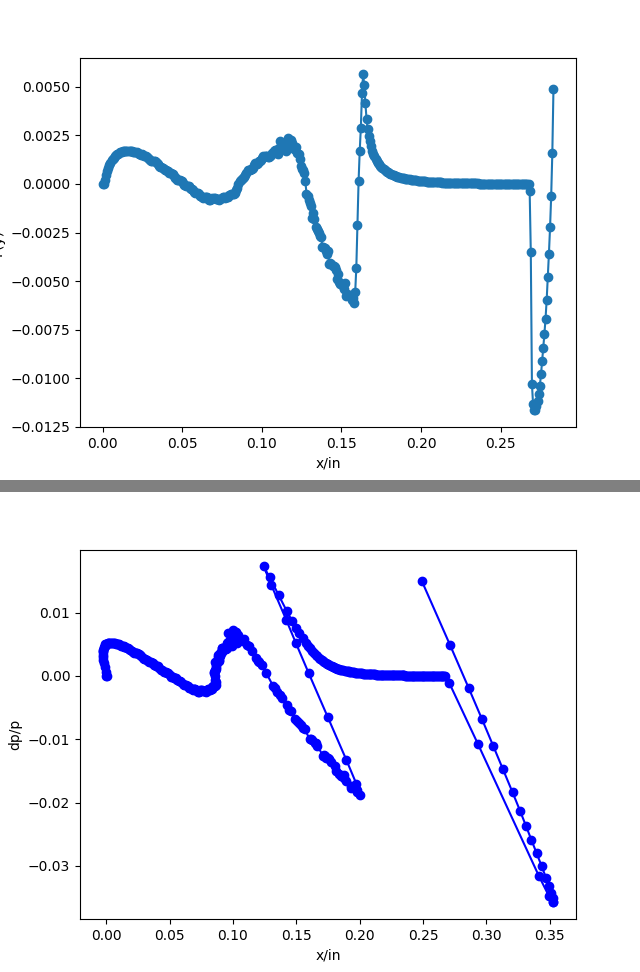
Repository: leiradom/Modified-linear-theory
Script's output: python 2_F_function.py
An editor plug-in stored every save of this project. The script's output is shown before and after the next save, followed by the edit.
Each picture stacks the figures in order, with grey between them; figures that are only written to a file come last. Random numbers start from a fixed seed.

Above is the script's output before, as saved 2021-04-09 12:21:36.

### 2_F_function.py
#本程序实现求解无升力构型的F函数
#同时求解出未经修正的压力信号
#F函数是无量纲的

import math
import numpy as np
import matplotlib.pyplot as plt


M = 1.7                    #输入马赫数
P0 = 101325                 #输入大气静压
gama = 1.4                  #比热比
B = math.sqrt(M * M - 1)    #修正因子
k = (1 / math.sqrt(2)) * (gama + 1) * M**4 * B**(-1.5)   #特征性系数k
r0 = 0.63072                      #r0为计算的位置  DWB为63.072  model1为20 2、3为10
con = (gama * M**2)/(math.sqrt(2 * B * r0))

volume = np.loadtxt("se.txt",dtype=np.float64)   #存放体积分布的数据文件
#Lift = np.loadtxt("volume.txt",dtype=np.float64)    #存放升力分布的数据文件
#cau = np.loadtxt("cauchy.txt",dtype=np.float64)      #积分含有哑元的存放

a = len(volume)        #a为b的长度
#print(a)              #检查文件长度

X = np.ones(a)     #存放x的数组
Y = np.ones(a)     #存放y的数组
Y0 = np.ones(a)    #存放含哑元的表达式的值


#提取体积分布数据中的两列数据
for i in range(0,a):
    c = volume[i][0]
    d = volume[i][1]
    #ca = cau[i][1]
    X[i] = c
    Y[i] = d
    #Y0[i] = ca

#print(X)
#print(Y)

#通过变上限积分求解F函数，积分使用梯形公式
F = np.ones(a, dtype=np.float64)   #产生一个长度为a的初始化数组
X1 = np.ones(a, dtype=np.float64)
delta_P = np.ones(a, dtype=np.float64)
X1[0] = 0.0        #强制F的第一个值为0
delta_P[0] = 0.0   #强制F的第一个值为0
F[0] = 0.0         #强制F的第一个值为0


for i in range(1,a):
    #内层积分，积到x
    s = 0
    for j in range(0,i-1):
        s0 =(Y[j+1] * ((1 / math.sqrt(X[i]-X[j+1])) + Y[j] * (1 / math.sqrt(X[i]-X[j])) * (X[j + 1] - X[j])) / (2))
        #s0 = (((Y0[j+1] + Y0[j]) * (X[j + 1] - X[j])) / (2))    #第(j+1)个梯形的面积
        s = s0 + s    #S为最后的积分
    #内层积分，积到x
    F[i] = (1/(2 * math.pi)) * s / 1200   #乘以外面的一个
    #print(X[i],F[i])
    delta_P[i] = con * F[i]
    #print(delta_P[i])
    X1[i] = (B * r0 - k * F[i] * math.sqrt(r0) + X[i])
    #print(X1[i]-B * r0,delta_P[i])


#将计算结果输出


#绘制F函数的图像
plt.plot(X, F,'-o')
plt.xlabel("x/in")
plt.ylabel('F(y)')
plt.show()




X0 = np.zeros(a)
for i in range(1,a):
    X0[i] = X1[i] - B * r0

#绘制未修正的过压的图像
plt.plot(X0, delta_P,'-o',c='b')
plt.xlabel("x/in")
plt.ylabel('dp/p')
plt.show()

for i in range(1,a):
    print(X0[i],delta_P[i])

#delta_P = np.ones[a]    #储存过压的数组
#delta_P[i] = P0 * ((gama * M * M)/(math.sqrt(2 * B * r0))) * F[i]

### se.txt
0.0 0.0
0.00071150326 0.08476272949874927
0.0014230065 0.12621862033543882
0.0021345099 0.13317135113415343
0.0028460131 0.12929745575862278
0.0035575163 0.12546016913768077
0.0042690197 0.12098825114300815
0.0049805227 0.1292007264129916
0.0056920261 0.11165751586830149
0.0064035296 0.10032995753137214
0.0071150325 0.09804301882091118
0.007826536 0.09620108939184939
0.0085380394 0.0934503203486448
0.0092495428 0.09123649418380514
0.0099610453 0.10617769437960242
0.010672549 0.07961612372109338
0.011384052 0.07391044961621004
0.012095556 0.0710299239016933
0.012807059 0.0704651113895951
0.013518562 0.06812116661015297
0.014230065 0.058263821938152716
0.014941568 0.052007632081339655
0.015653072 0.06166608891264542
0.016364574 0.051455668556217915
0.017076079 0.04805883073116462
0.017787581 0.04590164869200585
0.018499086 0.045148806638085855
0.019210588 0.04429462046150946
0.019922091 0.04440320345005237
0.020633595 0.035998880136475474
0.021345098 0.024597666338979356
0.022056602 0.014968164971280949
0.022768104 0.016236776220819624
0.023479607 0.02464109953439039
0.024191111 0.03108549990469724
0.024902614 0.02040274354808968
0.025614118 0.01009640821846358
0.026325621 0.019092508819602404
0.027037123 0.007347448891730621
0.027748628 0.0017518055485576914
0.02846013 -0.004147870162510861
0.029171634 -0.012885181307652052
0.029883137 -0.006840728278485408
0.030594639 -0.011822877736363303
0.031306144 0.009124590470946282
0.032017648 0.006893210056294433
0.032729149 -0.0025354127825842603
0.033440653 -0.012251780541116995
0.034152158 -0.02021272331813039
0.034863658 -0.03333316776762746
0.035575163 -0.02465557726620633
0.036286667 -0.01569567099456137
0.036998171 -0.020006415639880464
0.037709672 -0.03101854039509067
0.038421176 -0.03335850379829769
0.039132681 -0.024458318170336002
0.039844181 -0.01811707163917251
0.040555686 -0.02572511970339385
0.04126719 -0.04254281491293951
0.041978691 -0.023937119825293243
0.042690195 -0.025980289726515678
0.0434017 -0.03526232553080319
0.044113204 -0.045651907818363285
0.044824705 -0.05833078144775315
0.045536209 -0.0347375077528601
0.046247713 -0.06184525084372896
0.046959214 -0.04465294432374398
0.047670718 -0.03419278309361567
0.048382223 -0.03310514349166895
0.049093727 -0.04177911456016522
0.049805228 -0.05654278156967707
0.050516732 -0.06890314509934924
0.051228236 -0.05597453059626776
0.051939737 -0.042651397901470156
0.052651241 -0.039223794896353206
0.053362746 -0.04509813457677605
0.054074246 -0.05800503248208763
0.054785751 -0.06979714503839954
0.055497255 -0.04528453537377369
0.05620876 -0.0616896152268195
0.05692026 -0.06841814108383713
0.057631765 -0.06706085372697104
0.058343269 -0.0550262391629644
0.05905477 -0.049577182854345855
0.059766274 -0.06366220618544918
0.060477778 -0.06869683742109932
0.061189279 -0.0570386438840496
0.061900783 -0.07591217701009761
0.062612288 -0.05754174506429637
0.063323788 -0.04341147882130732
0.064035296 -0.03629024448909116
0.064746797 -0.03557721619760829
0.065458298 -0.06885428275450187
0.066169806 -0.0758307397686935
0.066881306 -0.05852804054358669
0.067592807 -0.026823617604225518
0.068304315 -0.011176808954499262
0.069015816 -0.017686359117913462
0.069727316 -0.03915864510319067
0.070438825 -0.048245231528186786
0.071150325 -0.04407202533498117
0.071861833 -0.03684220801420984
0.072573334 -0.045479984753138664
0.073284835 -0.02280604702792936
0.073996343 -0.0019635423762623533
0.074707843 -0.0035796191890892885
0.075419344 -0.02004080025295482
0.076130852 -0.028298536531965065
0.076842353 -0.010400440586371466
0.077553853 -0.025071812055667827
0.078265361 -0.011902505261262068
0.078976862 0.008822367819482431
0.079688363 0.018670844880759745
0.080399871 0.004397611036165687
0.081111372 -0.01119309640276537
0.081822872 -0.011006695605767728
0.08253438 0.018947731501528838
0.083245881 0.04100455590853051
0.083957382 0.06447838831603249
0.08466889 0.08669627748932479
0.08538039 0.09423736604398861
0.086091898 0.06924880094619347
0.086803399 0.061150319717054334
0.0875149 0.060949441188234615
0.088226408 0.0599667651418569
0.088937908 0.07561900294103789
0.089649409 0.09882318759359597
0.090360917 0.10266521567175492
0.091072418 0.054394648112910164
0.091783918 0.05222117862546076
0.092495427 0.061045356161460805
0.093206927 0.050114668647666984
0.093918428 0.07093364698516912
0.094629936 0.10354835731192027
0.095341437 0.09913626854395705
0.096052937 0.04207228862922495
0.096764445 0.06596416554263246
0.097475946 0.09901139810713576
0.098187454 0.06013687849058843
0.098898955 0.06737574439377614
0.099610455 0.09987825229901048
0.100322 0.10557885919776468
0.1010335 0.0832107635569686
0.101745 0.06366582561838631
0.1024565 0.05586594760771259
0.103168 0.038203114804013054
0.1038795 0.04084530085863487
0.104591 0.059250117417461425
0.1053025 0.0798265937472443
0.106014 0.09453958869541568
0.1067255 0.1069723408841001
0.107437 0.0867759050143094
0.1081485 0.06386489443071293
0.10886 0.0013934816863599554
0.1095715 0.023381536867237443
0.110283 0.16352598075266211
0.1109945 0.21016237433384716
0.111706 -0.047360280171454765
0.1124175 0.03699060476514695
0.113129 0.0794827476168441
0.1138405 0.00646068781861588
0.114552 0.011473602456496111
0.1152635 0.15259529323884377
0.115975 0.22585261617901511
0.1166865 0.06214566377871198
0.117398 0.08131056125735117
0.1181095 -0.003818501763920481
0.118821 -0.03831169779249465
0.1195325 -0.012432752188758004
0.120244 0.04189493641466822
0.1209556 0.04971291159000303
0.1216671 -0.06549363925899149
0.1223786 -0.023689188668045664
0.1230901 -0.10563315069209131
0.1238016 -0.15641379500276426
0.1245131 -0.12079857475921806
0.1252246 -0.05640886255041488
0.1259361 -0.10671898057754495
0.1266476 -0.22096638169427757
0.1273591 -0.347013134233319
0.1280706 -0.18734184957409572
0.1287821 -0.21184541065632972
0.1294936 -0.18949541218026833
0.1302051 -0.19011071578208097
0.1309166 -0.39274466957654425
0.1316281 -0.08713784830946879
0.1323396 -0.25346888959953645
0.1330511 -0.30663835965837416
0.1337626 -0.23470212974559954
0.1344741 -0.19814585693452613
0.1351856 -0.21001759701582265
0.1358971 -0.21788986368545957
0.1366086 -0.20236249632314893
0.1373201 -0.3475379520112621
0.1380316 -0.21074148360614142
0.1387431 -0.19892403501914702
0.1394546 -0.24577759457744242
0.1401661 -0.23671091503369857
0.1408776 -0.1240922587451464
0.1415891 -0.40673377793444593
0.1423007 -0.2121711596219462
0.1430122 -0.21220735395151363
0.1437237 -0.20853362950561766
0.1444352 -0.1931329422966459
0.1451467 -0.19345869126226237
0.1458582 -0.2340868261437869
0.1465697 -0.3527137411320977
0.1472812 -0.11357780602071596
0.1479927 -0.3444252396729257
0.1487042 -0.243316380170388
0.1494157 -0.20095091747202976
0.1501272 -0.23768816193064607
0.1508387 -0.26492439489134695
0.1515502 -0.06562031941228133
0.1522617 -0.41663292705701466
0.1529732 -0.187088489267467
0.1536847 -0.22592500483800285
0.1543962 -0.18703419777321392
0.1551077 -0.19702383271957863
0.1558192 -0.2659197389530046
0.1565307 -0.16182484726542037
0.1572422 -0.26935820025700646
0.1579537 0.01952684077379857
0.1586652 0.38823847555184793
0.1593767 0.9035154282714578
0.1600882 1.141858707566323
0.1607997 1.0367992369971202
0.1615112 0.9645951690459194
0.1622227 1.2333127296705289
0.1629342 1.0074112511467153
0.1636457 0.3974734587278547
0.1643573 0.08726090902974792
0.1650688 -0.015683002979195598
0.1657803 -0.010956023544451791
0.1664918 0.002949837855528145
0.1672033 0.029943568808485196
0.1679148 -0.008824177535975518
0.1686263 -0.01773341174629228
0.1693378 -0.0033081617177504073
0.1700493 0.005335044170633156
0.1707608 0.0029480281390595834
0.1714723 -0.0006840728278387303
0.1721838 0.0
0.1728953 0.0
0.1736068 0.0
0.1743183 0.0
0.1750298 0.0
0.1757413 0.0
0.1764528 0.0
0.1771643 0.0
0.1778758 0.0
0.1785873 0.0
0.1792988 0.0
0.1800103 0.0
0.1807218 0.0
0.1814333 0.0
0.1821448 0.0
0.1828563 0.0
0.1835678 0.0
0.1842794 0.0
0.1849909 0.0
0.1857024 0.0
0.1864139 0.0
0.1871254 0.0
0.1878369 0.0
0.1885484 0.0
0.1892599 0.0
0.1899714 0.0
0.1906829 0.0
0.1913944 0.0
0.1921059 0.0
0.1928174 0.0
0.1935289 0.0
0.1942404 0.0
0.1949519 0.0
0.1956634 0.0
0.1963749 0.0
0.1970864 0.0
0.1977979 0.0
0.1985094 0.0
0.1992209 0.0
0.1999324 0.0
0.2006439 0.0
0.2013554 0.0
0.2020669 0.0
0.2027784 0.0
0.2034899 0.0
0.2042014 0.0
0.2049129 0.0
0.2056244 0.0
0.2063359 0.0
0.2070474 0.0
0.2077589 0.0
0.2084705 0.0
0.209182 0.0
0.2098935 0.0
0.210605 0.0
0.2113165 0.0
0.212028 0.0
0.2127395 0.0
0.213451 0.0
0.2141625 0.0
0.214874 0.0
0.2155855 0.0
0.216297 0.0
0.2170085 0.0
0.21772 0.0
0.2184315 0.0
0.219143 0.0
0.2198545 0.0
0.220566 0.0
0.2212775 0.0
0.221989 0.0
0.2227005 0.0
0.223412 0.0
0.2241235 0.0
0.224835 0.0
0.2255465 0.0
0.226258 0.0
0.2269695 0.0
0.227681 0.0
0.2283925 0.0
0.2291041 0.0
0.2298156 0.0
0.2305271 0.0
0.2312386 0.0
0.2319501 0.0
0.2326616 0.0
0.2333731 0.0
0.2340846 0.0
0.2347961 0.0
0.2355076 0.0
0.2362191 0.0
0.2369306 0.0
0.2376421 0.0
0.2383536 0.0
0.2390651 0.0
0.2397766 0.0
0.2404881 0.0
0.2411996 0.0
0.2419111 0.0
0.2426226 0.0
0.2433341 0.0
0.2440456 0.0
0.2447571 0.0
0.2454686 0.0
0.2461801 0.0
0.2468916 0.0
0.2476031 0.0
0.2483146 0.0
0.2490261 0.0
0.2497377 0.0
0.2504492 0.0
0.2511607 0.0
0.2518722 0.0
0.2525837 0.0
0.2532952 0.0
0.2540067 0.0
0.2547182 0.0
0.2554297 0.0
0.2561412 0.0
0.2568527 0.0
0.2575642 0.0
0.2582757 0.0
0.2589872 0.0
0.2596987 0.0
0.2604102 0.0
0.2611217 0.0
0.2618332 0.0
0.2625447 0.0
0.2632562 0.0
0.2639677 0.0
0.2646792 0.0
0.2653907 0.0
0.2661022 0.0
0.2668137 0.0
0.2675252 -0.14586857709834375
0.2682367 -1.3130017849655737
0.2689482 -3.1238656210042075
0.2696597 -1.520456823451661
0.2703712 -1.0871401202042403
0.2710827 -0.8245701664479103
0.2717943 -0.6435188913436989
0.2725058 -0.511382442863691
0.2732173 -0.4093759639891168
0.2739288 -0.2910784173994822
0.2746403 -0.17172218667152053
0.2753518 -0.04729151094542868
0.2760633 0.022509253525920248
0.2767748 0.0888009777506868
0.2774863 0.1869057079034126
0.2781978 0.3141016304045342
0.2789093 0.4755102428804992
0.2796208 0.5907964212544231
0.2803323 0.718390119436903
0.2810438 0.925251751890543
0.2817553 1.261463231394779
0.2824668 1.8610291948447568
0.2831783 2.976652026426724

After the next save:
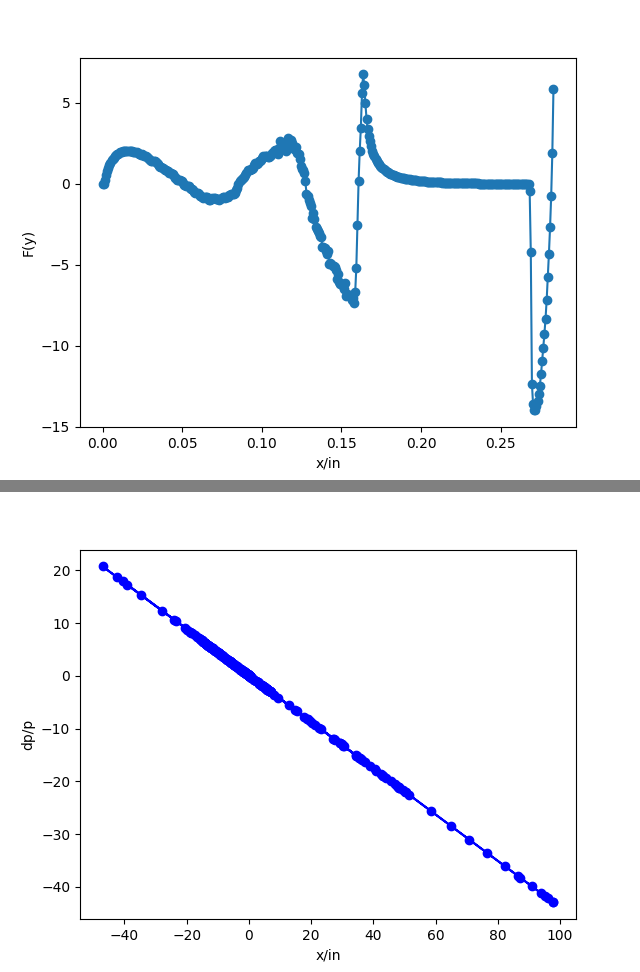
Saved 13 s later.
--- a/2_F_function.py
+++ b/2_F_function.py
@@ -56,7 +56,7 @@
         #s0 = (((Y0[j+1] + Y0[j]) * (X[j + 1] - X[j])) / (2))    #第(j+1)个梯形的面积
         s = s0 + s    #S为最后的积分
     #内层积分，积到x
-    F[i] = (1/(2 * math.pi)) * s / 1200   #乘以外面的一个
+    F[i] = (1/(2 * math.pi)) * s    #乘以外面的一个
     #print(X[i],F[i])
     delta_P[i] = con * F[i]
     #print(delta_P[i])

After the save that followed:
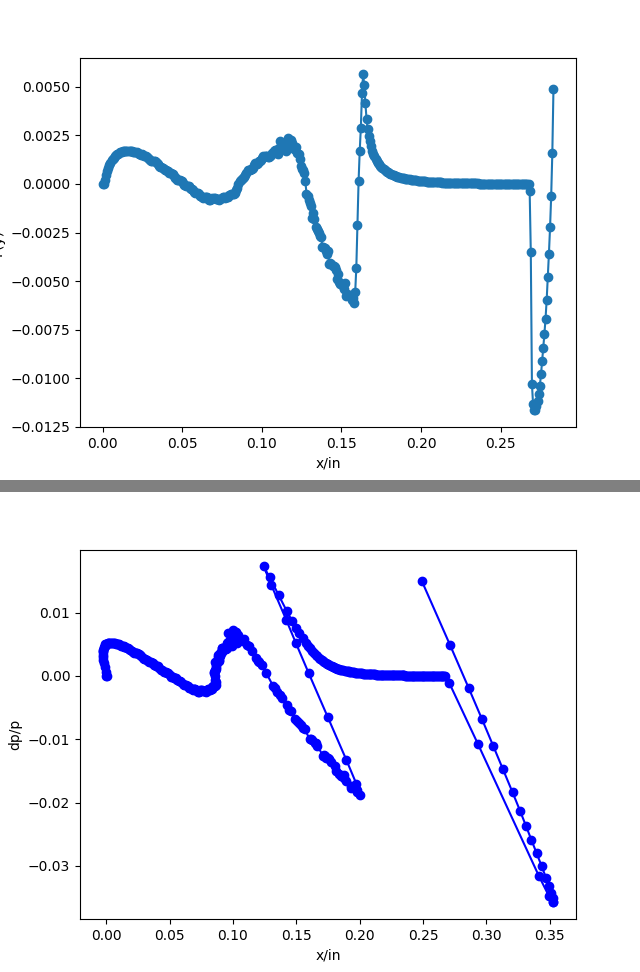
Saved 23 s later.
--- a/2_F_function.py
+++ b/2_F_function.py
@@ -56,7 +56,7 @@
         #s0 = (((Y0[j+1] + Y0[j]) * (X[j + 1] - X[j])) / (2))    #第(j+1)个梯形的面积
         s = s0 + s    #S为最后的积分
     #内层积分，积到x
-    F[i] = (1/(2 * math.pi)) * s    #乘以外面的一个
+    F[i] = (1/(2 * math.pi)) * s / 1200    #乘以外面的一个
     #print(X[i],F[i])
     delta_P[i] = con * F[i]
     #print(delta_P[i])
